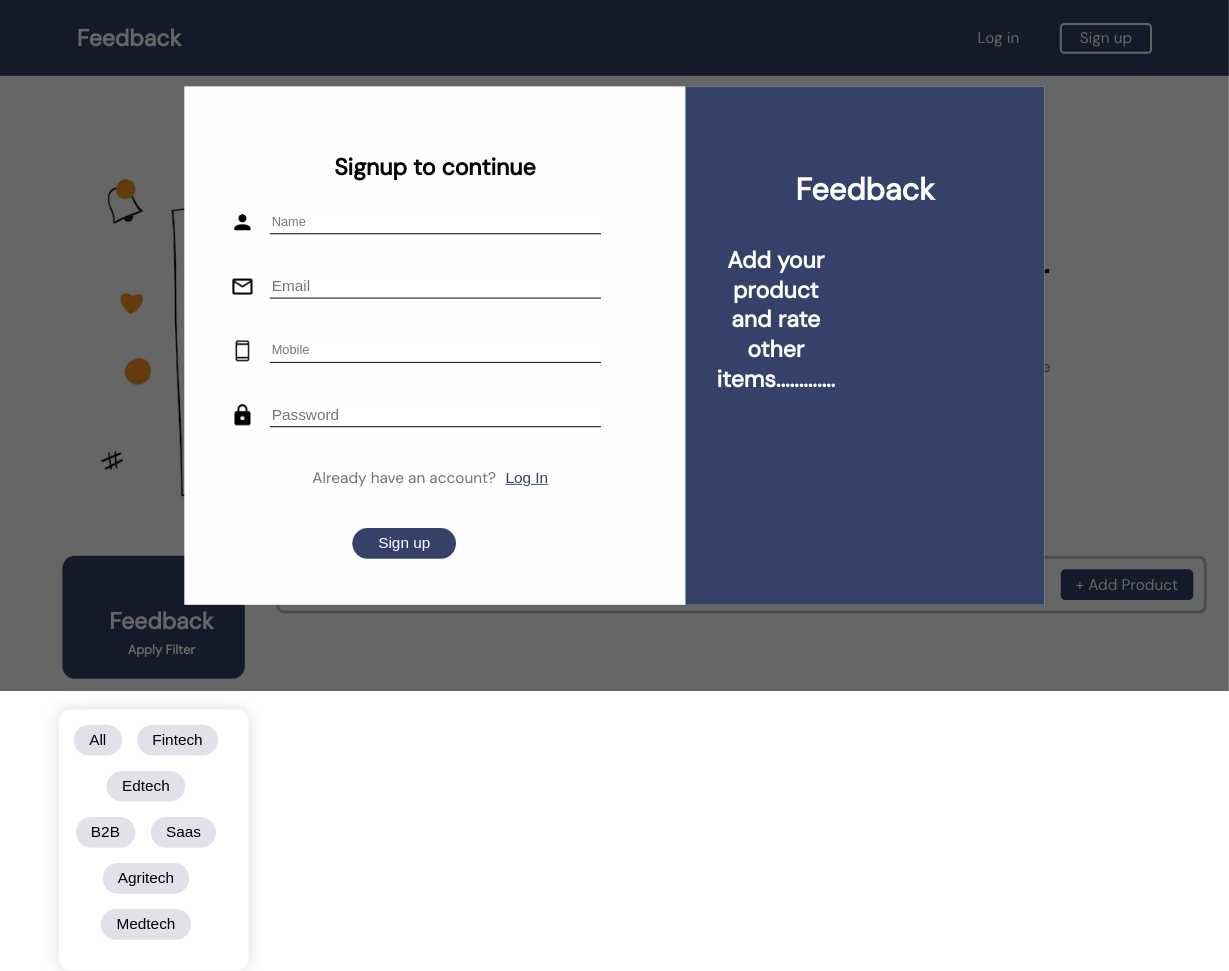
Repository: drumsmanku/final-evaluation-test
Page: / (app in client/), after clicking the first element matching `button.btn-main-page-register`
An editor plug-in stored every save of this project. The page is shown before and after the next save, followed by the edit.
The browser window is 1280 px wide. The pictures show the whole page, at 96% of full size.
The page's requests for data from a server got no answer. The project was rebuilt for these pictures with package versions that can differ from the ones it lists, and the page was loaded fresh each time. No one was signed in, and anything a server would have sent is missing. Also part of the build but not shown: client/src/Components/LoginPopUp.js, client/src/Components/AddProductPopUp.js, client/src/Components/SignUp.js, client/src/Components/Login.js.

Above is the page before, as saved 2023-07-30 16:35:48.

### client/src/App.js
import './App.css';
import { BrowserRouter as Router, Route, Routes} from 'react-router-dom';
import MainPage from './Components/MainPage';
import SignUp from './Components/SignUp';
import Login from './Components/Login';
function App() {
  const timestamp = new Date().getTime();
  return (
    <div className="App">
      <Router>
        <Routes>
          <Route path='/' element={<MainPage key={timestamp}/>}/>
          <Route path='/signup' element={<SignUp/>}/>
          <Route path='/login' element={<Login/>}/>
        </Routes>
      </Router>
    </div>
  );
}

export default App;

### client/src/Components/MainPage.js
import React, {useState, useEffect} from 'react';
import '../CSS/MainPage.css';
import profile from'../Assets/profilepic.webp';
import img1 from '../Assets/frontphoto.png';
import axios from 'axios';
import comments from '../Assets/comments.png';
import { useNavigate } from 'react-router-dom';
import LoginPopUp from './LoginPopUp';
import SignupPopUp from './SignupPopUp';
import AddProductPopUp from './AddProductPopUp';

const buttonTitles=['All', 'Fintech', 'Edtech', 'B2B', 'Saas', 'Agritech', 'Medtech'];
const buttonStyles={
  padding:'0.2rem 1rem 0.2rem 1rem',
  backgroundColor:'#36416A26',
  fontSize:'medium',
  borderRadius:'1rem',
  border:'none',
  margin:'0 1rem 1rem 0',
  height:'2rem',
  textAlign:'center',
}
const productCardsStyles={
  padding:'1rem',
  backgroundColor:'#36416A26',
  width:'98%',
  marginBottom:'1rem',
  display: 'flex',
  borderRadius:'0.5rem'
}
const tagStyles={
  paddingRight:'1.3em',
  paddingLeft:'1.3em',
  backgroundColor:'#C0CEFF',
  fontSize:'small',
  borderRadius:'1rem',
  border:'none',
  height:'1.5rem',
  textAlign:'center',
  display:'flex',
  alignItems:'center',
  marginRight:'1rem',
}

function MainPage() {
  const navigate =useNavigate()
  const [categorySet, setCategorySet]=useState([]);
  const [user, setUser] = useState(localStorage.getItem('user'));
  const [isLoggedIn, setIsLoggedIn]=useState(false);
  const [products, setProdcts]=useState([]);
  const [showLoginModal, setShowLoginModal] = useState(false);
  const [showSignupModal, setShowSignupModal] = useState(false);
  const [showAddModal, setShowAddModal] = useState(false);
  useEffect(()=>{
    const User=localStorage.getItem('user');
    if(User){
      setIsLoggedIn(true);
    }

  }, []);
  const handleLogin = () => {
    setShowLoginModal(true);
  };
  const handleSignup = () => {
    setShowSignupModal(true);
  };
  const handleAdd = () => {
    setShowAddModal(true);
  };
  const handleLogout=()=>{
    localStorage.removeItem('user');
    setIsLoggedIn(false);
    navigate('/login');
  }
  const handleCategoryClick=(event)=>{
    const currentCat=event.target.value;
    if(!categorySet.includes(currentCat)){
      setCategorySet([...categorySet, event.target.value]);
    }
    else{
      setCategorySet(categorySet.filter(cat=>cat!=currentCat))
    }

  }

  useEffect(()=>{
    const category=categorySet
    axios.get(`http://localhost:4000/get-prods?category=${category.join(',')}`)
    .then((res)=>{setProdcts(res.data.products);console.log(res.data.products)})
    .catch(err=>console.log(err))

  }, [categorySet])

  return (
    <div className='main-container'>
      <div className="main-top-container">
        <div className='navbar' >
          <div style={{display:'flex',width:'100%', justifyContent:' space-between', alignItems:'center',}}>
          <h3 style={{marginLeft:'5rem', color:'white', fontSize:'1.5rem'}}>Feedback</h3>
          <div style={{display:'flex', marginRight:'5rem'}}>
              {isLoggedIn ? (
                <>
                  <button style={{background:'none', fontSize:'large', border:'none', fontFamily:'DM Sans', color:'white'}} onClick={handleLogout}>Logout</button>
                  <span style={{color:'white', fontFamily:'DM Sans', fontSize:'large', display:'flex', alignItems:'center', marginLeft:'1rem'}}>Hello! {user}</span>
                  <img src={profile} alt="" height={50} width={50} style={{borderRadius:'100%', marginLeft:'1rem'}} />
                </>
              ) : (
                <>
                   <button className="btn-main-page-login" type="submit" onClick={handleLogin}>
                    Log in
                  </button>
                  <button type='submit'  className='btn-main-page-register' onClick={handleSignup} >Sign up</button>
                </>
              )}



            </div>
          </div>
        </div>
        <div className="title-desc">
          <img src={img1} alt="" height={500} style={{marginLeft:'3rem'}}/>
          <div style={{display:'flex', flexDirection:'column', marginLeft:'2rem'}}>
              <h1 style={{maxWidth:'80%'}}> Add your products and give your valuable feedback</h1>
              <span style={{maxWidth:'75%', color:'#6A6A6A'}}>Easily give your feedback in a matter of minutes. Access your audience on all platforms. Observe result manually in real time</span>
          </div>
        </div>
      </div>
      <div className="main-bottom-container">
        <div className="bottom-left">
          <article style={{backgroundColor:'#36416A', width:'74%', color:'white', paddingTop:'2rem', borderRadius:'0.8rem', marginBottom:'2rem'}}>
            <h2 style={{marginBottom:'0.4rem',marginLeft:'1rem'}}>Feedback</h2>
            <h5 style={{marginTop:0, marginLeft:'1rem'}}>Apply Filter</h5>
          </article>
          <article style={{width:'65%', borderRadius:'0.8rem', padding:'1em', boxShadow:'0 0 17px #00000026',}}>
             {buttonTitles.map((title, idx)=>(
              <button value={title} onClick={handleCategoryClick} style={{...buttonStyles}} key={idx}>{title}</button>
             ))}
          </article>
        </div>
        <div className="bottom-right">
          <div className='bottom-top-right'>
            <div style={{display:'flex', width:'30%', justifyContent:'space-between',marginLeft:'1rem'}}>
              <span style={{ fontWeight:'bold', }}>{products.length} Suggestions</span>
              <span>
                <label style={{fontSize:'small', color:'#8B8B8B'}} htmlFor="sort">Sort by</label>

              </span>
            </div>
            <button className='add-product-button' onClick={handleAdd}>+ Add Product</button>
          </div>
          {showLoginModal && <LoginPopUp closeModal={() => setShowLoginModal(false)} showLoginModal={showLoginModal} />}
          {showSignupModal && <SignupPopUp closeModal={() => setShowSignupModal(false)} showSignupModal={showSignupModal} />}
          {isLoggedIn && showAddModal && (
            <AddProductPopUp
              closeModal={() => setShowAddModal(false)}
              showAddModal={showAddModal}
            />
          )}


          <div className="product-cards">
            {
              products.map((product, key)=>(
                <div style={{...productCardsStyles}}>
                  <div className='logo' style={{width:'10%'}}>{product.logoURL}</div>
                  <div style={{display:'flex', justifyContent:'space-between', width:"90%"}}>
                    <div className="card-main-info">
                      <h2 style={{marginTop:0, marginBottom:'0.5rem', color:'#36416A'}}>{product.companyName}</h2>
                      <span style={{marginBottom:'1rem'}}>{product.description}</span>
                      <div style={{display:'flex', width:'40%', justifyContent:'space-between'}}>
                        <div style={{display:'flex'}}>
                          {product.category.map((catTitle, idx)=>(
                            <span style={{...tagStyles}}>{catTitle}</span>
                          ))}
                        </div>
                        <button className='comments-button'> <img style={{marginRight:'0.3rem'}} src={comments} alt="" height={25} />Comment</button>
                      </div>
                    </div>
                    <div className="upvotes">
                      yo
                    </div>
                  </div>
                </div>
              ))
            }
          </div>
        </div>
      </div>
    </div>
  )
}

export default MainPage

### client/src/CSS/MainPage.css
@import url('https://fonts.googleapis.com/css2?family=DM+Sans&display=swap');

body{
  font-family: 'DM Sans';
}
.main-container{
  height: 100vh;
  width: 100vw;
  display: flex;
  flex-direction: column;

}
.main-top-container{
  width: 100%;
}
.btn-main-page-login{
  height: 2rem;
  width: 6rem;
  font-weight: 500;
  font-size: medium ;
  background: none;
  border: none;
  border-radius: 0.3rem;
  margin-left: 1rem;
  margin-bottom:0;
  color: white;
  font-family: 'DM Sans';
  cursor: pointer;
}
.btn-main-page-register{
  height: 2rem;
  width: 6rem;
  font-size: medium;
  font-weight: 500;
  background-color: #36416A;
  border: 2px solid white;
  border-radius: 0.3rem;
  margin-left: 1rem;
  margin-bottom:0;
  color: white;
  font-family: 'DM Sans';
  cursor: pointer;
}
.navbar{
  width: 100%;
  background-color: #36416A;
}
.title-desc{
  width: 100%;
  display: flex;
  align-items: center;
  justify-content: space-around;

}
.bottom-left{
  width: 20%;
  display: flex;
  flex-direction: column;
  align-items: center;
  margin-left: 2rem;

}
.bottom-right{
  width: 75%;
}
.main-bottom-container{
  width:100%;
  display: flex;
}
.bottom-top-right{
  width: 98%;
  display: flex;
  justify-content: space-between;
  border: 3px solid #36416A59;
  padding: 0.7rem;
  border-radius: 0.5rem;

}
.add-product-button{
  height: 2rem;
  font-size: medium;
  font-weight: 500;
  background-color: #36416A;
  border:none;
  border-radius: 0.3rem;
  margin-left: 1rem;
  margin-bottom:0;
  color: white;
  font-family: 'DM Sans';
  cursor: pointer;
  padding-left: 1em;
  padding-right: 1em;
}
.product-cards{
  width: 100%;
  display: flex;
  padding-top: 2rem;
  flex-direction: column;
}
.card-main-info{
  width: 100%;
  display: flex;
  flex-direction: column;
}
.comments-button{
  color: #ABABAB;
  border: none;
  outline: none;
  background: none;
  font-size: small;
  letter-spacing: 0.1rem;
  display:flex;
  align-items: center;
  cursor: pointer;
}
.upvotes{
  width: 10%;
  background-color: brown;
  display: flex;
  flex-direction: column;
  align-items: center;
}

### client/src/Components/SignupPopUp.js
import React, {useState, useEffect} from 'react';
import { useNavigate } from 'react-router-dom';
import axios from 'axios';
import name from '../Assets/name.png'
import mobile from '../Assets/mobile.png'
import email from '../Assets/email.png'
import password from '../Assets/password.png';
import '../CSS/SignupPopUp.css'

function SignupPopUp({closeModal, showSignupModal}) {

  const navigate=useNavigate();
  const handleClickOutside = (event) => {
    event.stopPropagation();
    closeModal();
  };

  const handleClickInside = (event) => {
    event.stopPropagation();
  };
  const [user, setUser] = useState({
    name: '',
    email: '',
    mobile: '',
    password: ''
  });
  const handleChange = e => {
    setUser({
      ...user,
      [e.target.name]: e.target.value
    });
  };
  const signup = (event) => {
    event.preventDefault();
    axios.post('http://localhost:4000/signup', user)
      .then(res => {
        localStorage.setItem('token', res.data.jwtToken);
        localStorage.setItem('user', res.data.name);
        const tokenData=localStorage.getItem('token')
        if(tokenData!=='undefined') {
          navigate('/');
          window.location.reload()
        }

      })
      .catch(err => console.log(err));
  };

  return (
    <div className="signup-popup-container">
      <header className="signup-popup-header">

        {showSignupModal && (
          <div className="modal-signup" style={{ display: 'flex', justifyContent: 'center', alignItems: 'center', height: '100vh' }} onClick={handleClickOutside}>
            <div className="modal-content" onClick={handleClickInside}>

              <div className="modal-body">
              <form className='modal-body-left'>
              <h2>Signup to continue</h2>
                <div style={{display:'flex', width:'100%', marginBottom:'2rem'}}>
                  <img src={name} height={25} alt="" />
                  <input type="text" name="name" value={user.name} onChange={handleChange} placeholder="Name"/>
                </div>

                <div style={{display:'flex', width:'100%', marginBottom:'2rem'}}>
                  <img src={email} height={25} alt="" />
                  <input type="email" name="email" value={user.email} onChange={handleChange} placeholder="Email"/>
                </div>

                <div style={{display:'flex', width:'100%', marginBottom:'2rem'}}>
                  <img src={mobile} height={25} alt="" />
                  <input type="text" name="mobile" value={user.mobile} onChange={handleChange} placeholder="Mobile" />
                </div>

                <div style={{display:'flex', width:'100%', marginBottom:'2rem'}}>
                  <img src={password} height={25} alt="" />
                  <input type="password" name="password" value={user.password} onChange={handleChange} placeholder="Password" />
                </div>

                <span style={{color:'#737373'}}>Already have an account?<button style={{background:'none', color:'#36416A', fontSize:'medium', marginLeft:0, padding:0, width:'4rem', cursor:'pointer', border:'none', textDecoration:'underline'}} onClick={()=>{navigate('/login')}}>Log In</button></span>

                <div style={{width:'85%', }}>
                  <button className='signup-popup-button' type="submit" style={{ cursor:'pointer'}} onClick={signup}>Sign up</button>
                </div>

              </form>
                <div className="modal-body-right">
                  <h1 style={{fontSize:'xx-large'}}>Feedback</h1>
                  <h1 style={{fontSize:'x-large', width:'40%'}}>Add your product and rate other items.............</h1>
                </div>
              </div>
            </div>
          </div>
        )}
      </header>
    </div>
  )
}

export default SignupPopUp

### client/src/CSS/SignUp.css

.signup-container{
  width: 100vw;
  height: 100vh;
  display: flex;
  flex-direction: column;
  justify-content: center;
  align-items: center;
  background-color: #36416A;
}
.headings{
  color: white;
  margin-bottom: 2rem;
}
.signup-container form{
  width: 50%;
  display: flex;
  flex-direction: column;
  background-color: white;
  padding: 3rem;
  padding-bottom: 1rem;
  box-shadow: 0 0 17px #00000040;
  border-radius: 1.5rem;
}
.signup-container input[type='text'], [type='password'], [type='email']{
  border-bottom: 1px solid black;
  width: 80%;
  margin-left: 1rem;
  border-top: none;
  border-left: none;
  border-right: none;
}
.signup-container input:focus{
  outline: none;
}
.signup-button{
  padding-left: 1.7rem;
  padding-right: 1.7rem;
  color: white;
  height: 2rem;
  font-size: medium;
  border-radius: 1rem;
  border: none;
  background-color: #36416A;
  margin-top: 2rem;
}

### client/src/CSS/Login.css

.login-container{
  width: 100vw;
  height: 100vh;
  display: flex;
  flex-direction: column;
  justify-content: center;
  align-items: center;
  background-color: #36416A;
}
.login-headings{
  color: white;
  margin-bottom: 2rem;
}
.login-container form{
  width: 50%;
  display: flex;
  flex-direction: column;
  background-color: white;
  padding: 3rem;
  padding-bottom: 1rem;
  box-shadow: 0 0 17px #00000040;
  border-radius: 1.5rem;
}
.login-container input[type='text'], [type='password'], [type='email']{
  border-bottom: 1px solid black;
  width: 80%;
  margin-left: 1rem;
  border-top: none;
  border-left: none;
  border-right: none;
}
.login-container input:focus{
  outline: none;
}
.login-button{
  padding-left: 1.7rem;
  padding-right: 1.7rem;
  color: white;
  height: 2rem;
  font-size: medium;
  border-radius: 1rem;
  border: none;
  background-color: #36416A;
  margin-top: 2rem;
}

### client/src/CSS/LoginPopUp.css
.modal-login {
  position: fixed;
  z-index: 1;
  left: 0;
  top: 0;
  width: 100%;
  height: 100%;
  background-color: rbga(0,0,0,0.4);
  background-color: rgb(0,0,0);
  background-color: rgba(0,0,0,0.6);
}

.modal-login-content {
  background-color: #fefefe;
  margin: 15% auto;
  width: 70%;
}


.modal-login-body{
  display: flex;
}
.modal-login-body-left {
  display: flex;
  width: 55%;
  padding: 5rem 3rem 8rem 3rem;
  flex-direction: column;
  gap: 10px;
}
.modal-login-body-right{
  display: flex;
  flex-direction: column;
  width: 40%;
  color: white;
  padding: 4rem 2rem;
  background-color: #36416A;
}

.modal-login-body-left form{
  width: 50%;
  display: flex;
  flex-direction: column;
  background-color: white;


  box-shadow: 0 0 17px #00000040;
  border-radius: 1.5rem;
}
.modal-login-body-left input[type='text'], [type='password'], [type='email']{
  border-bottom: 1px solid black;
  width: 80%;
  margin-left: 1rem;
  border-top: none;
  border-left: none;
  border-right: none;
}
.close {
  color: #aaa;
  float: right;
  font-size: 28px;
  font-weight: bold;
}

.close:hover,
.close:focus {
  color: black;
  text-decoration: none;
  cursor: pointer;
}
.login-popup-button{
  padding-left: 1.7rem;
  padding-right: 1.7rem;
  color: white;
  height: 2rem;
  font-size: medium;
  border-radius: 1rem;
  border: none;
  background-color: #36416A;
  margin-top: 2rem;
}

### client/src/CSS/SignupPopUp.css
.modal-signup {
  position: fixed;
  z-index: 1;
  left: 0;
  top: 0;
  width: 100%;
  height: 100%;
  background-color: rbga(0,0,0,0.4);
  background-color: rgb(0,0,0);
  background-color: rgba(0,0,0,0.6);
}

.modal-content {
  background-color: #fefefe;
  margin: 15% auto;
  width: 70%;
}


.modal-body{
  display: flex;
}
.modal-body-left {
  display: flex;
  width: 55%;
  padding: 3rem 3rem;
  flex-direction: column;
  gap: 10px;
}
.modal-body-right{
  display: flex;
  flex-direction: column;
  width: 40%;
  color: white;
  padding: 4rem 2rem;
  background-color: #36416A;
}

.modal-body-left form{
  width: 50%;
  display: flex;
  flex-direction: column;
  background-color: white;
  padding: 3rem;
  padding-bottom: 1rem;
  box-shadow: 0 0 17px #00000040;
  border-radius: 1.5rem;
}
.modal-body-left input[type='text'], [type='password'], [type='email']{
  border-bottom: 1px solid black;
  width: 80%;
  margin-left: 1rem;
  border-top: none;
  border-left: none;
  border-right: none;
}
.close {
  color: #aaa;
  float: right;
  font-size: 28px;
  font-weight: bold;
}

.close:hover,
.close:focus {
  color: black;
  text-decoration: none;
  cursor: pointer;
}
.signup-popup-button{
  padding-left: 1.7rem;
  padding-right: 1.7rem;
  color: white;
  height: 2rem;
  font-size: medium;
  border-radius: 1rem;
  border: none;
  background-color: #36416A;
  margin-top: 2rem;
}

### client/src/CSS/AddProductPopUp.css
.modal-add {
  position: fixed;
  z-index: 1;
  left: 0;
  top: 0;
  width: 100%;
  height: 100%;
  background-color: rbga(0,0,0,0.4);
  background-color: rgb(0,0,0);
  background-color: rgba(0,0,0,0.6);
}

.modal-add-content {
  background-color: #fefefe;
  margin: 15% auto;
  width: 70%;
}


.modal-add-body{
  display: flex;
}
.modal-add-body-left {
  display: flex;
  width: 55%;
  padding: 3rem 3rem 6rem 3rem;
  flex-direction: column;
  gap: 10px;
}
.modal-add-body-right{
  display: flex;
  flex-direction: column;
  width: 40%;
  color: white;
  padding: 4rem 2rem;
  background-color: #36416A;
}

.modal-add-body-left form{
  width: 50%;
  display: flex;
  flex-direction: column;
  background-color: white;


  box-shadow: 0 0 17px #00000040;
  border-radius: 1.5rem;
}
.modal-add-body-left input[type='text'], [type='password'], [type='email']{
  border-bottom: 1px solid black;
  width: 80%;
  margin-left: 1rem;
  border-top: none;
  border-left: none;
  border-right: none;
  font-size: medium;
}
.close {
  color: #aaa;
  float: right;
  font-size: 28px;
  font-weight: bold;
}

.close:hover,
.close:focus {
  color: black;
  text-decoration: none;
  cursor: pointer;
}
.add-popup-button{
  padding-left: 1.7rem;
  padding-right: 1.7rem;
  color: white;
  height: 2rem;
  font-size: medium;
  border-radius: 1rem;
  border: none;
  background-color: #36416A;
  margin-top: 2rem;
}

Loaded but not shown: client/public/index.html (common file); client/src/index.js (common file); client/src/index.css (common file); client/src/App.css (common file)

After the next save:
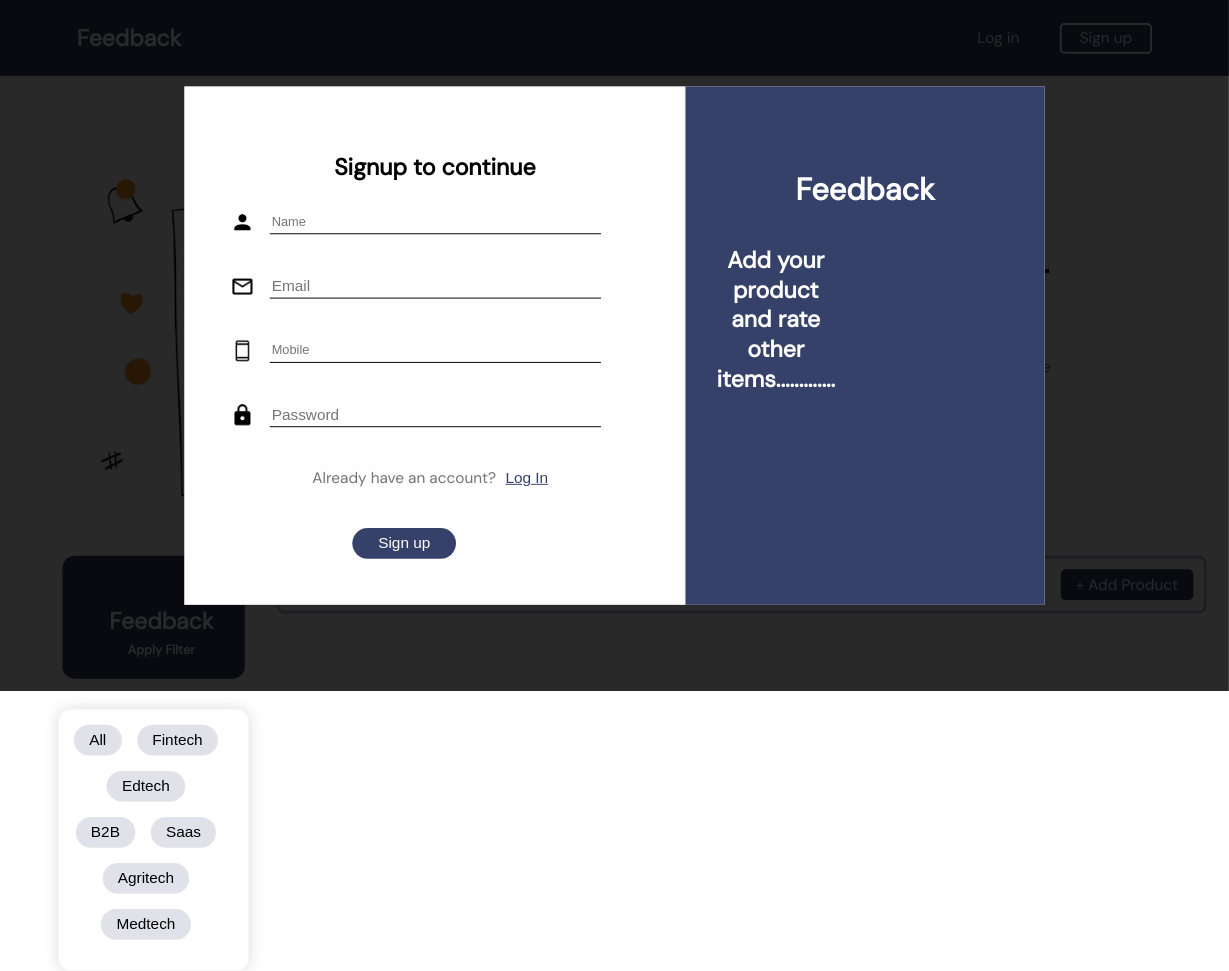
Saved 2 h 24 min later.
--- a/client/src/Components/MainPage.js
+++ b/client/src/Components/MainPage.js
@@ -151,11 +151,20 @@ function MainPage() {
           </div>
           {showLoginModal && <LoginPopUp closeModal={() => setShowLoginModal(false)} showLoginModal={showLoginModal} />}
           {showSignupModal && <SignupPopUp closeModal={() => setShowSignupModal(false)} showSignupModal={showSignupModal} />}
-          {isLoggedIn && showAddModal && (
-            <AddProductPopUp
-              closeModal={() => setShowAddModal(false)}
-              showAddModal={showAddModal}
-            />
+          {isLoggedIn ? (
+            showAddModal && (
+              <AddProductPopUp
+                closeModal={() => setShowAddModal(false)}
+                showAddModal={showAddModal}
+              />
+            )
+          ) : (
+            showSignupModal && (
+              <SignupPopUp
+                closeModal={() => setShowSignupModal(false)}
+                showSignupModal={showSignupModal}
+              />
+            )
           )}
 
 
